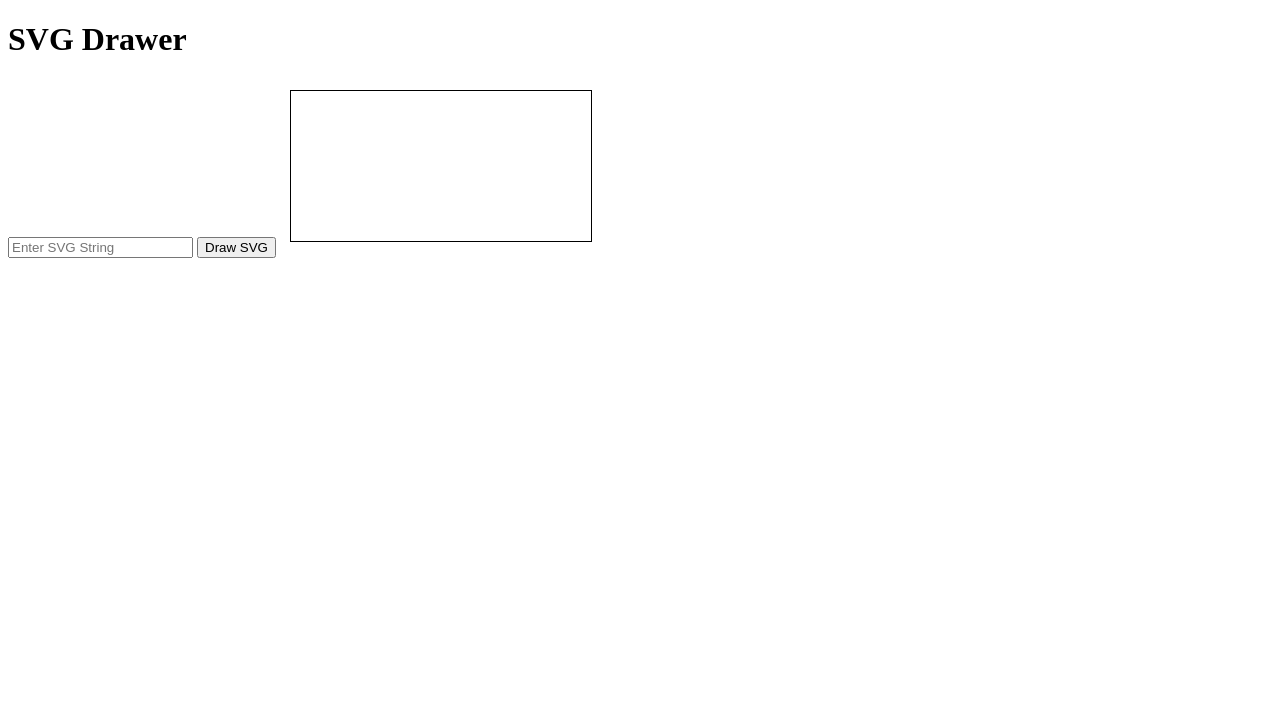
Repository: fabsch225/Nassi-Shneiderman-Compiler
Page: demo.html
An editor plug-in stored every save of this project. The page is shown before and after the next save, followed by the edit.
The browser window is 1280 px wide. The pictures show the whole page.

Above is the page before, as saved 2024-05-15 20:49:42.

### demo.html
<!DOCTYPE html>
<html lang="en">
<head>
<meta charset="UTF-8">
<meta name="viewport" content="width=device-width, initial-scale=1.0">
<title>SVG Drawer</title>
<style>
    svg {
        border: 1px solid black;
        margin: 10px;
    }
</style>
</head>
<body>
<h1>SVG Drawer</h1>
<input type="text" id="svgInput" placeholder="Enter SVG String">
<button onclick="drawSVG()">Draw SVG</button>
<svg id="svgContainer"></svg>

<script>
    function drawSVG() {
        var svgInput = document.getElementById('svgInput').value;
        var svgContainer = document.getElementById('svgContainer');

        if (svgInput.trim() === "") {
            alert("Please enter a valid SVG file path.");
            return;
        }

        svgContainer.innerHTML = svgInput;
    }
</script>
</body>
</html>

After the next save:
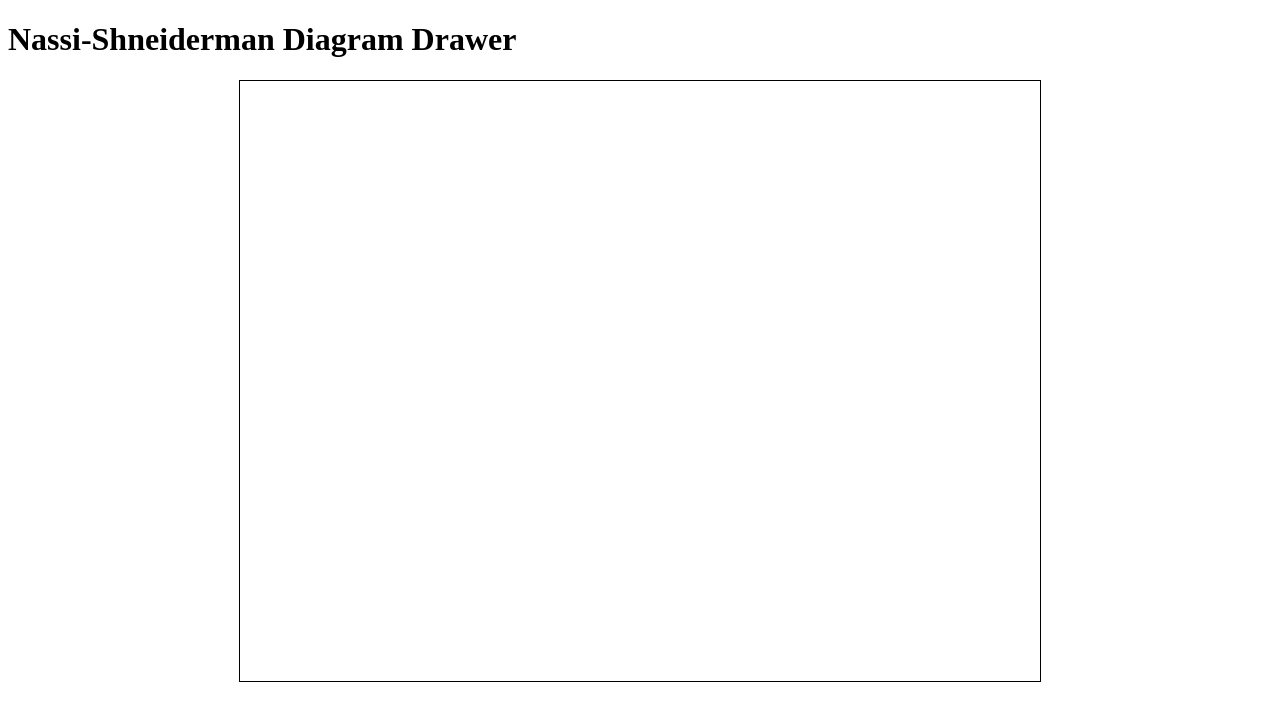
Console error: TypeError: canvas.getContext is not a function
Saved 86 s later.
--- a/demo.html
+++ b/demo.html
@@ -3,32 +3,68 @@
 <head>
 <meta charset="UTF-8">
 <meta name="viewport" content="width=device-width, initial-scale=1.0">
-<title>SVG Drawer</title>
+<title>Nassi-Shneiderman Diagram Drawer</title>
 <style>
-    svg {
+    #canvas {
+        width: 800px;
+        height: 600px;
         border: 1px solid black;
-        margin: 10px;
+        margin: 20px auto;
     }
 </style>
 </head>
 <body>
-<h1>SVG Drawer</h1>
-<input type="text" id="svgInput" placeholder="Enter SVG String">
-<button onclick="drawSVG()">Draw SVG</button>
-<svg id="svgContainer"></svg>
+<h1>Nassi-Shneiderman Diagram Drawer</h1>
+<div id="canvas"></div>
 
 <script>
-    function drawSVG() {
-        var svgInput = document.getElementById('svgInput').value;
-        var svgContainer = document.getElementById('svgContainer');
+    const canvas = document.getElementById('canvas');
+    const ctx = canvas.getContext('2d');
 
-        if (svgInput.trim() === "") {
-            alert("Please enter a valid SVG file path.");
-            return;
-        }
+    // Function to draw a box with text inside
+    function drawBox(x, y, width, height, text) {
+        ctx.fillStyle = '#ffffff';
+        ctx.fillRect(x, y, width, height);
+        ctx.strokeStyle = '#000000';
+        ctx.strokeRect(x, y, width, height);
+        ctx.fillStyle = '#000000';
+        ctx.font = '12px Arial';
+        ctx.fillText(text, x + 10, y + height / 2);
+    }
 
-        svgContainer.innerHTML = svgInput;
+    // Function to draw a diamond shape
+    function drawDiamond(x, y, width, height, text) {
+        ctx.beginPath();
+        ctx.moveTo(x, y + height / 2);
+        ctx.lineTo(x + width / 2, y);
+        ctx.lineTo(x + width, y + height / 2);
+        ctx.lineTo(x + width / 2, y + height);
+        ctx.closePath();
+        ctx.fillStyle = '#ffffff';
+        ctx.fill();
+        ctx.strokeStyle = '#000000';
+        ctx.stroke();
+        ctx.fillStyle = '#000000';
+        ctx.font = '12px Arial';
+        ctx.fillText(text, x + 10, y + height / 2);
     }
+
+    // Function to draw an if statement
+    function drawIfStatement(x, y) {
+        drawBox(x, y, 100, 50, 'Condition');
+        drawDiamond(x + 50, y + 50, 100, 100, 'Yes');
+        drawDiamond(x + 50, y + 150, 100, 100, 'No');
+    }
+
+    // Function to draw a while loop
+    function drawWhileLoop(x, y) {
+        drawBox(x, y, 100, 50, 'Condition');
+        drawDiamond(x + 50, y + 50, 100, 100, 'Loop');
+    }
+
+    // Example usage
+    drawIfStatement(50, 50);
+    drawWhileLoop(250, 50);
 </script>
 </body>
 </html>

After the save that followed:
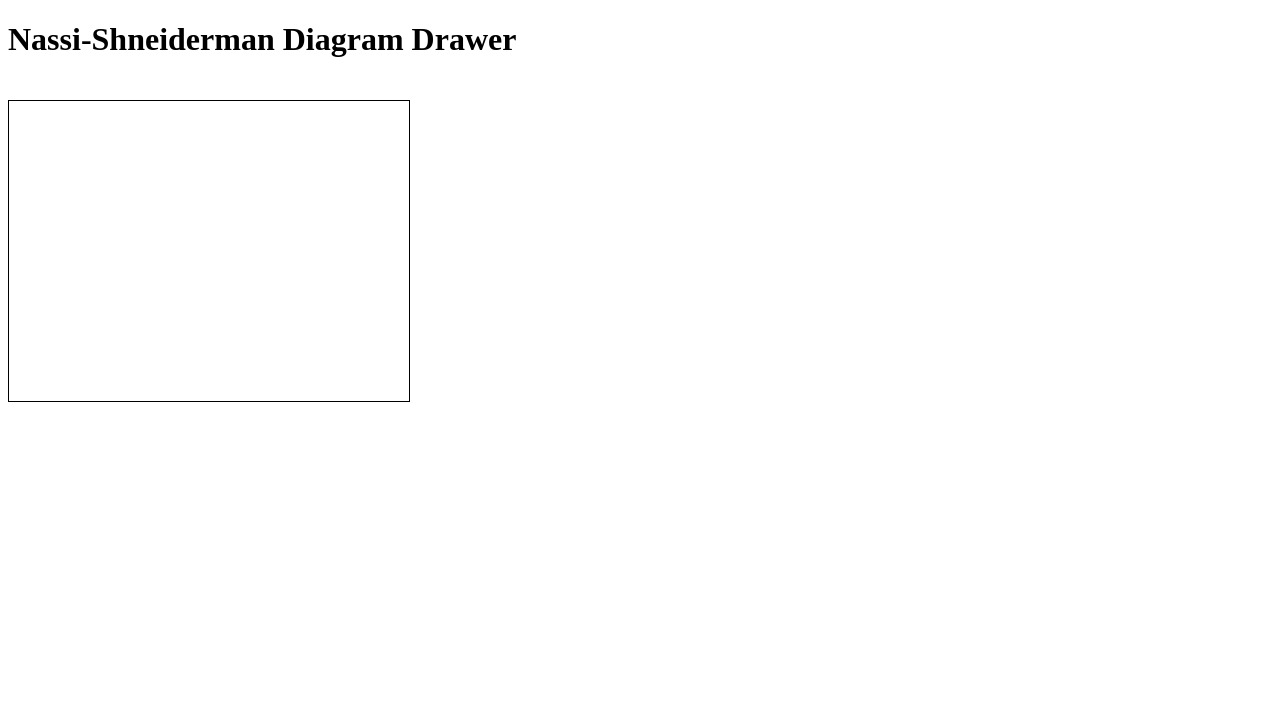
The error is gone.
Saved 104 s later.
--- a/demo.html
+++ b/demo.html
@@ -5,9 +5,7 @@
 <meta name="viewport" content="width=device-width, initial-scale=1.0">
 <title>Nassi-Shneiderman Diagram Drawer</title>
 <style>
-    #canvas {
-        width: 800px;
-        height: 600px;
+    svg {
         border: 1px solid black;
         margin: 20px auto;
     }
@@ -18,45 +16,50 @@
 <div id="canvas"></div>
 
 <script>
-    const canvas = document.getElementById('canvas');
-    const ctx = canvas.getContext('2d');
+    function drawBox(x, y, width, height, text) {
+        var rect = document.createElementNS("http://www.w3.org/2000/svg", "rect");
+        rect.setAttribute("x", x);
+        rect.setAttribute("y", y);
+        rect.setAttribute("width", width);
+        rect.setAttribute("height", height);
+        rect.setAttribute("stroke", "black");
+        rect.setAttribute("fill", "white");
 
-    // Function to draw a box with text inside
-    function drawBox(x, y, width, height, text) {
-        ctx.fillStyle = '#ffffff';
-        ctx.fillRect(x, y, width, height);
-        ctx.strokeStyle = '#000000';
-        ctx.strokeRect(x, y, width, height);
-        ctx.fillStyle = '#000000';
-        ctx.font = '12px Arial';
-        ctx.fillText(text, x + 10, y + height / 2);
+        var textElem = document.createElementNS("http://www.w3.org/2000/svg", "text");
+        textElem.setAttribute("x", x + 5);
+        textElem.setAttribute("y", y + height / 2);
+        textElem.setAttribute("font-size", "12px");
+        textElem.textContent = text;
+
+        var svg = document.getElementById('canvas');
+        svg.appendChild(rect);
+        svg.appendChild(textElem);
     }
 
-    // Function to draw a diamond shape
     function drawDiamond(x, y, width, height, text) {
-        ctx.beginPath();
-        ctx.moveTo(x, y + height / 2);
-        ctx.lineTo(x + width / 2, y);
-        ctx.lineTo(x + width, y + height / 2);
-        ctx.lineTo(x + width / 2, y + height);
-        ctx.closePath();
-        ctx.fillStyle = '#ffffff';
-        ctx.fill();
-        ctx.strokeStyle = '#000000';
-        ctx.stroke();
-        ctx.fillStyle = '#000000';
-        ctx.font = '12px Arial';
-        ctx.fillText(text, x + 10, y + height / 2);
+        var polygon = document.createElementNS("http://www.w3.org/2000/svg", "polygon");
+        var points = `${x},${y + height / 2} ${x + width / 2},${y} ${x + width},${y + height / 2} ${x + width / 2},${y + height}`;
+        polygon.setAttribute("points", points);
+        polygon.setAttribute("stroke", "black");
+        polygon.setAttribute("fill", "white");
+
+        var textElem = document.createElementNS("http://www.w3.org/2000/svg", "text");
+        textElem.setAttribute("x", x + 5);
+        textElem.setAttribute("y", y + height / 2);
+        textElem.setAttribute("font-size", "12px");
+        textElem.textContent = text;
+
+        var svg = document.getElementById('canvas');
+        svg.appendChild(polygon);
+        svg.appendChild(textElem);
     }
 
-    // Function to draw an if statement
     function drawIfStatement(x, y) {
         drawBox(x, y, 100, 50, 'Condition');
         drawDiamond(x + 50, y + 50, 100, 100, 'Yes');
         drawDiamond(x + 50, y + 150, 100, 100, 'No');
     }
 
-    // Function to draw a while loop
     function drawWhileLoop(x, y) {
         drawBox(x, y, 100, 50, 'Condition');
         drawDiamond(x + 50, y + 50, 100, 100, 'Loop');
@@ -66,5 +69,6 @@
     drawIfStatement(50, 50);
     drawWhileLoop(250, 50);
 </script>
+<svg id="canvas" width="400" height="300"></svg>
 </body>
 </html>
